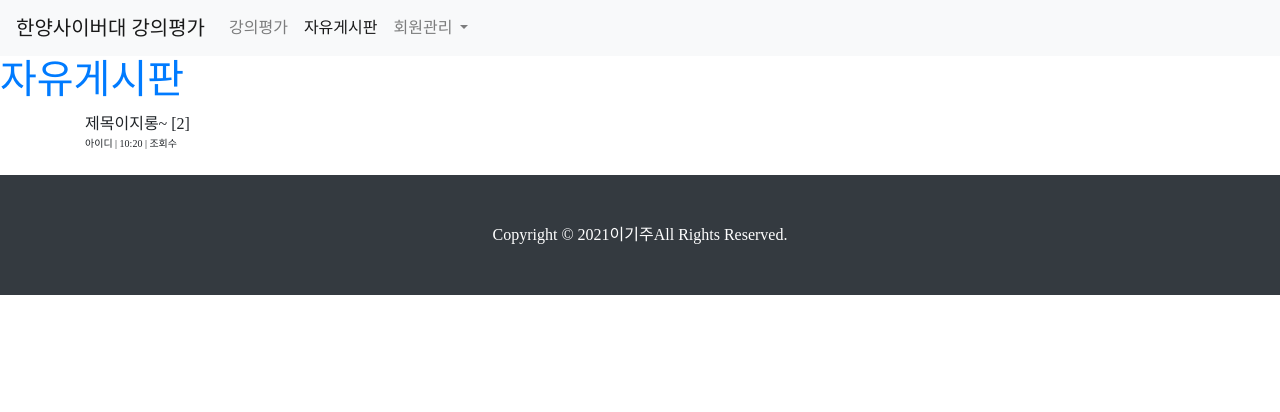
Repository: lkjjjang/hycu
Page: http://localhost/hycujjang/mobile.jsp
The author's editor kept a copy of each file at every save. The page is drawn from the files as they stood at one save, then again after the next save.
The browser window is 1280 px wide. The pictures show the whole page.
Some web fonts or font styles are not loaded; a fallback is used. The page is served by Tomcat 9. Nobody is signed in. The application's start-up code is not run.

Above is the page before, as saved 2022-01-02 09:13:01.

After the next save:
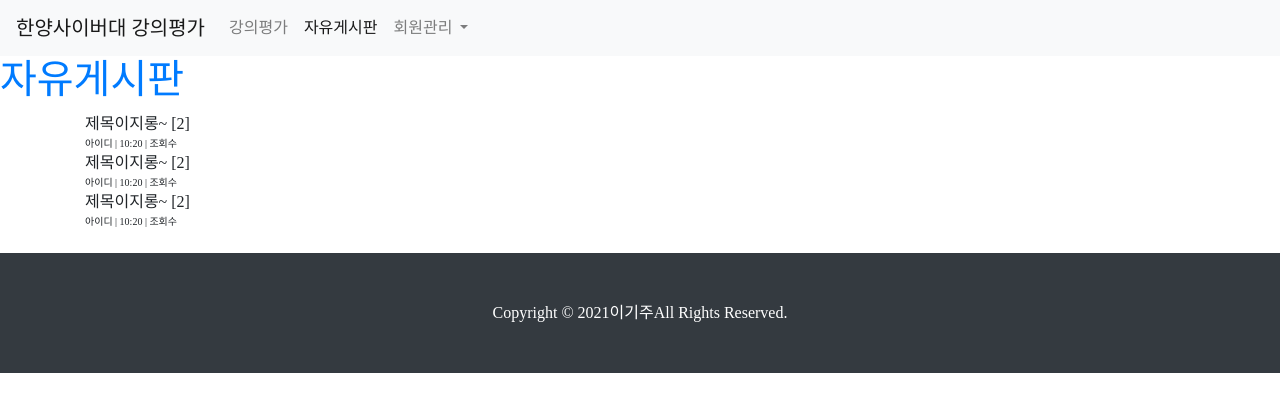
Saved 41 s later.
--- a/hycujjang/WebContent/mobile.jsp
+++ b/hycujjang/WebContent/mobile.jsp
@@ -54,6 +54,22 @@
    		<a class="ed link-primary text-bold title-underline" href="freeBoardController?pageNumber=1">자유게시판</a>
 	</h1>
 	<div class="container">
+		<div class="row">
+			<div class="col-12">
+				제목이지롱~ [2]
+			</div>
+			<div class="col-12" style="font-size: 10px">
+				아이디 | 10:20 | 조회수
+			</div>
+		</div>
+		<div class="row">
+			<div class="col-12">
+				제목이지롱~ [2]
+			</div>
+			<div class="col-12" style="font-size: 10px">
+				아이디 | 10:20 | 조회수
+			</div>
+		</div>
 		<div class="row">
 			<div class="col-12">
 				제목이지롱~ [2]
